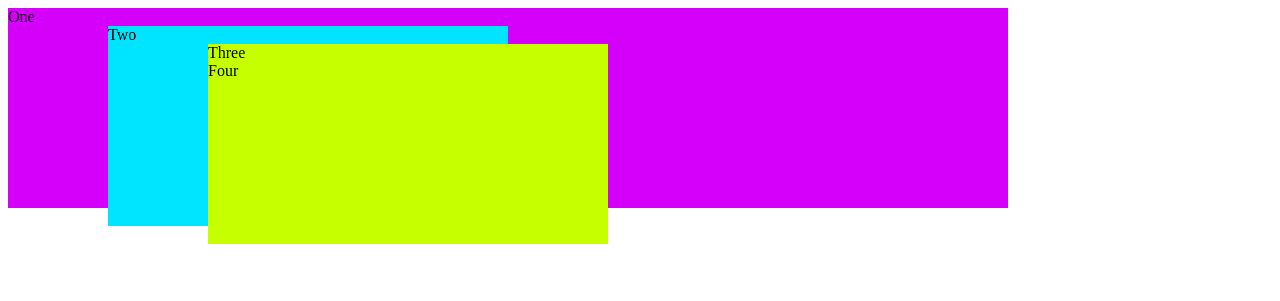
Repository: LavriaNeptune/css-basic
Page: position/z-index.html
The author's editor kept a copy of each file at every save. The page is drawn from the files as they stood at one save, then again after a run of saves.
The browser window is 1280 px wide. The pictures show the whole page.

Above is the page before, as saved 2022-08-19 20:30:18.

### position/z-index.html
<!DOCTYPE html>
<html>
  <body>
    <style>
      #one {
        width: 1000px;
        height: 200px;
        background-color: #d500f9;
      }
      #two {
        width: 400px;
        height: 200px;
        background-color: #00e5ff;
        position: relative;
        left: 100px;
      }
      #three {
        width: 400px;
        height: 200px;
        background-color: #c6ff00;
        position: relative;
        left: 100px;
      }
      #fore {
        width: 200px;
        height: 200px;
        background-color: #ff3d00;
        position: relative;
        left: 100px;
      }
    </style>
  </body>
  <body>
    <div id="one">
      One
      <div id="two">
        Two
        <div id="three">
          Three
          <div id="four">Four</div>
        </div>
      </div>
    </div>
  </body>
</html>

After the next 2 saves:
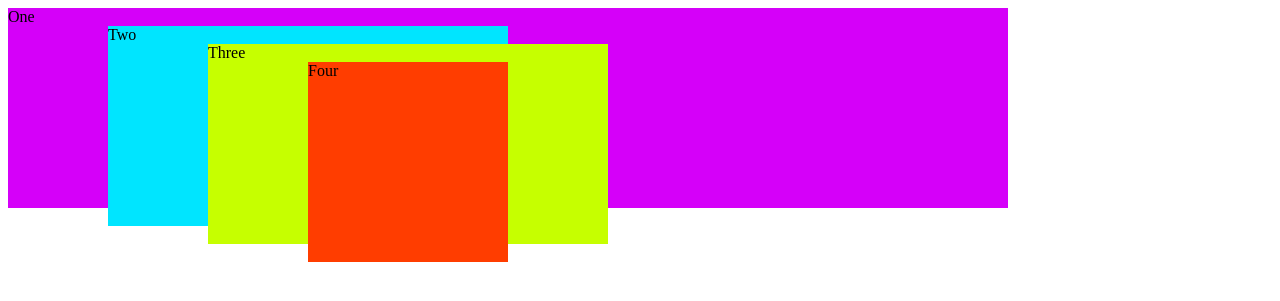
The 2 saves are shown as one change because they came seconds apart.
The last was saved 10 s later.
--- a/position/z-index.html
+++ b/position/z-index.html
@@ -21,7 +21,7 @@
         position: relative;
         left: 100px;
       }
-      #fore {
+      #four {
         width: 200px;
         height: 200px;
         background-color: #ff3d00;
